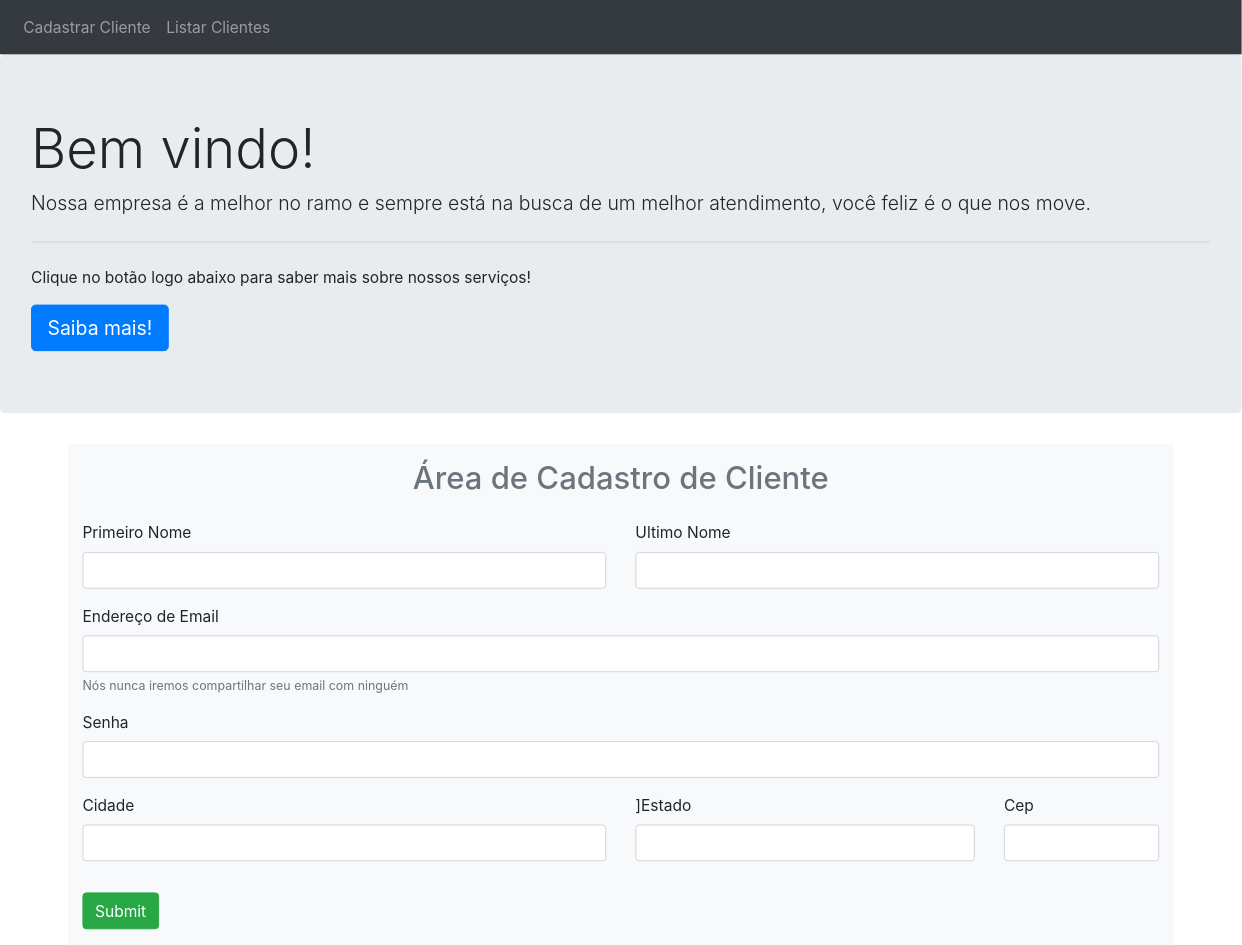
Repository: Ticapril/CRUD-JAVA
Page: http://localhost/CRUD-Java/CadastrarCliente.jsp
The author's editor kept a copy of each file at every save. The page is drawn from the files as they stood at one save, then again after the next save.
The browser window is 1280 px wide. The pictures show the whole page, at 97% of full size.
The page is served by Tomcat 9. Other server files are loaded and not shown.

Above is the page before, as saved 2020-11-25 23:29:52.

### CRUD-Java/WebContent/CadastrarCliente.jsp
<%@ page language="java" contentType="text/html; charset=ISO-8859-1"
    pageEncoding="UTF-8"%>
    <%@ taglib uri="http://java.sun.com/jsp/jstl/core" prefix="c" %>
<!DOCTYPE html>
<html>
<head>
<title>Insert title here</title>
<meta name="viewport" content="width=device-width, initial-scale=1, shrink-to-fit=no">
<link rel="stylesheet" href="https://use.fontawesome.com/releases/v5.7.2/css/all.css" integrity="sha384-fnmOCqbTlWIlj8LyTjo7mOUStjsKC4pOpQbqyi7RrhN7udi9RwhKkMHpvLbHG9Sr" crossorigin="anonymous">
<link rel="stylesheet" href="https://cdn.jsdelivr.net/npm/bootstrap@4.5.3/dist/css/bootstrap.min.css" integrity="sha384-TX8t27EcRE3e/ihU7zmQxVncDAy5uIKz4rEkgIXeMed4M0jlfIDPvg6uqKI2xXr2" crossorigin="anonymous">
</head>
<body>
	<nav class="navbar navbar-expand-lg navbar-dark bg-dark text-white">
		<%--
			<a class="navbar-brand" href="#">
				<img src="#" width="30" height="30"/>
			</a>
		--%>

		<div class="collapse navbar-collapse">
			<ul class="navbar-nav">
				<li class="navbar-item"><a class="nav-link" href="http://localhost:8080/CRUD-Java/CadastrarCliente.jsp">Cadastrar Cliente</a></li>
				<li class="navbar-item"><a class="nav-link" href="http://localhost:8080/CRUD-Java/cliente?acao=cadastrar&opcao=2">Listar Clientes</a></li>
			</ul>
		</div>

	</nav>

	<section id="inicio">
		<div class="jumbotron">
			<h1 class="display-4">Bem vindo!</h1>
			<p class="lead">Nossa empresa é a melhor no ramo e sempre está na busca de um melhor atendimento, você feliz é o que nos move.</p>
			<hr class="my-4">
			<p>Clique no botão logo abaixo para saber mais sobre nossos serviços!</p>
			<a class="btn btn-primary btn-lg" href="#" role="button">Saiba mais!</a>
		</div>
	</section>

	<section id="formulario-cadastro">
		<div class="container bg-light">
		<h2 class="text-center text-muted pt-3 pb-3">Área de Cadastro de Cliente</h2>
			<form action='cliente?acao=cadastrar&opcao=2' method="post">

			<div class="form-group">
				<div class="row">

					<div class="col">
						<label for="exampleInputNome">Primeiro Nome</label>
						<input type="text" class="form-control" name="nome" id="nome" />
					</div>

					<div class="col">
						<label for="exampleInputSobrenome">Ultimo Nome</label>
						<input type="text" class="form-control" name="ultimoNome" id="ultimoNome" />
					</div>
				</div>
			</div>

			<div class="form-group">
				<label for="exampleInputEmail1">Endereço de Email</label>
				<input type="email" class="form-control" id="exampleInputEmail1" aria-describedby="emailHelp" name="enderecoEmail" />
				<small id="emailHelp" class="form-text text-muted">Nós nunca iremos compartilhar seu email com ninguém</small>
			</div>

			<div class="form-group">
				<label for="exampleInput">Senha</label>
				<input type="password" class="form-control" id="exampleInputPassword" name="senha" />
			</div>
			<div class="row">

				<div class="form-group col-md-6">
					<label for="inputyCity">Cidade</label>
					<input type="text" class="form-control" id="inputCity" name="cidade"/>
				</div>

					<div class="form-group col-md-4">
						]<label for="inputState">Estado</label>
					<input type="text" class="form-control" id="inputState" name="estado" />
					</div>



				<div class="form-group col-md-2">
					<label for="inputZip">Cep</label>
					<input type="number" class="form-control" id="inputZip" name="cep" />
				</div>

			</div>
			<input type="submit" class="btn btn-success mb-3 mt-3">

			</form>

		</div>

	</section>


<script src="https://code.jquery.com/jquery-3.5.1.slim.min.js" integrity="sha384-DfXdz2htPH0lsSSs5nCTpuj/zy4C+OGpamoFVy38MVBnE+IbbVYUew+OrCXaRkfj" crossorigin="anonymous"></script>
<script src="https://cdn.jsdelivr.net/npm/popper.js@1.16.1/dist/umd/popper.min.js" integrity="sha384-9/reFTGAW83EW2RDu2S0VKaIzap3H66lZH81PoYlFhbGU+6BZp6G7niu735Sk7lN" crossorigin="anonymous"></script>
<script src="https://cdn.jsdelivr.net/npm/bootstrap@4.5.3/dist/js/bootstrap.min.js" integrity="sha384-w1Q4orYjBQndcko6MimVbzY0tgp4pWB4lZ7lr30WKz0vr/aWKhXdBNmNb5D92v7s" crossorigin="anonymous"></script>
</body>
</html>

After the next save:
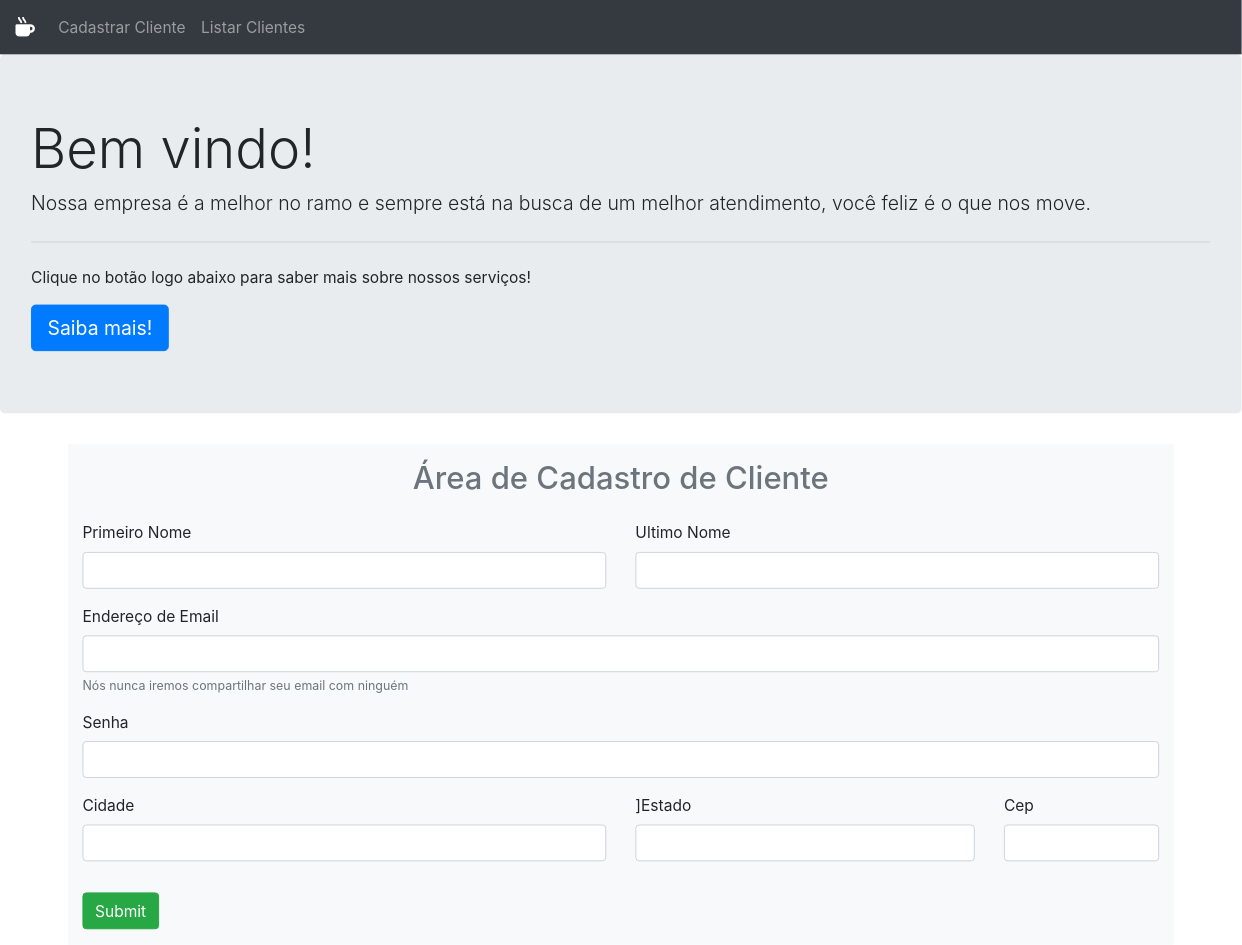
Saved 64 s later.
--- a/CRUD-Java/WebContent/CadastrarCliente.jsp
+++ b/CRUD-Java/WebContent/CadastrarCliente.jsp
@@ -11,11 +11,10 @@
 </head>
 <body>
 	<nav class="navbar navbar-expand-lg navbar-dark bg-dark text-white">
-		<%--
+
 			<a class="navbar-brand" href="#">
-				<img src="#" width="30" height="30"/>
+				<i class="fas fa-mug-hot"></i>
 			</a>
-		--%>
 
 		<div class="collapse navbar-collapse">
 			<ul class="navbar-nav">
